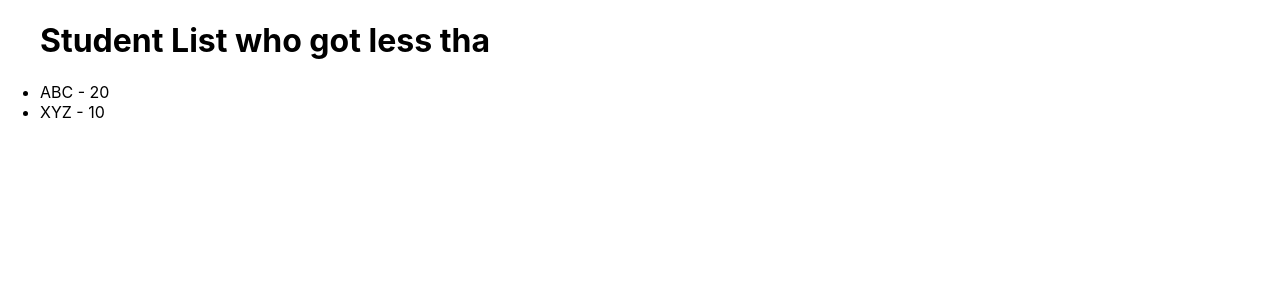
Repository: Jay1161/FSWD
Page: / (app in Week-7/task-1/task1/)
An editor plug-in stored every save of this project. The page is shown before and after a run of saves, followed by the edit.
The browser window is 1280 px wide. The pictures show the whole page.
The project was rebuilt for these pictures with package versions that can differ from the ones it lists, and the page was loaded fresh each time.

Above is the page before, as saved 2023-08-27 11:46:24.

### Week-7/task-1/task1/src/index.js
import React from 'react';
import ReactDOM from 'react-dom/client';
import './index.css';
//import App from './App';
import reportWebVitals from './reportWebVitals';
//import Test from './component'
// import ProductList from './Productlist';
// import Counter from './counter';
//import TaskList from './tasklist';
import StudentList from './studentlist';
//import Sap from './sap';


const root = ReactDOM.createRoot(document.getElementById('root'));
root.render(
  <React.StrictMode>

    <StudentList />

  </React.StrictMode>
);

// If you want to start measuring performance in your app, pass a function
// to log results (for example: reportWebVitals(console.log))
// or send to an analytics endpoint. Learn more: https://bit.ly/CRA-vitals
reportWebVitals();

### Week-7/task-1/task1/src/studentlist.jsx
import React, { useState, useEffect } from 'react';

const StudentsList = () => {
  const [students, setStudents] = useState([
    { name: 'Jay Vaja', marks: 90 },
    { name: 'ABC', marks: 20 },
    { name: 'XYZ', marks: 10 },
  ]);

  const filteredStudents = students.filter((student) => student.marks < 35);

  return (
    <ul>
        <h1>Student List who got less tha</h1>
      {filteredStudents.map((student) => (
        <li key={student.id}>
          {student.name} - {student.marks}
        </li>
      ))}
    </ul>
  );
};

export default StudentsList;

Loaded but not shown: Week-7/task-1/task1/public/index.html (common file); Week-7/task-1/task1/src/index.css (common file); Week-7/task-1/task1/src/reportWebVitals.js (common file)

After the next 6 saves:
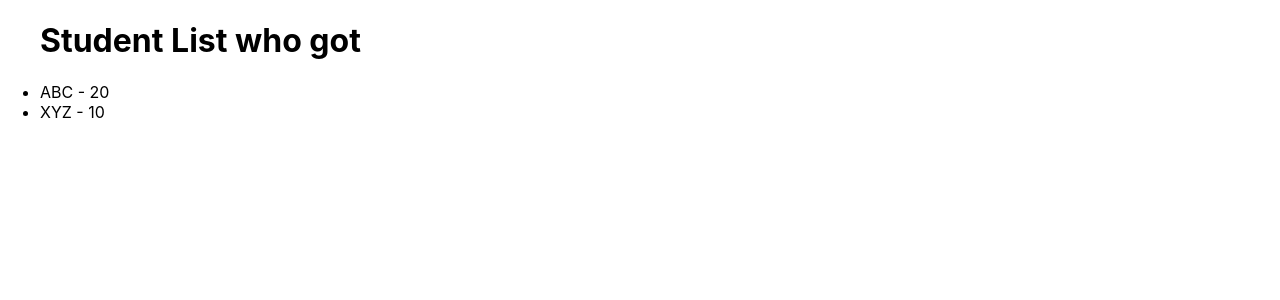
The 6 saves are shown as one change because they came seconds apart.
The last was saved 16 s later.
--- a/Week-7/task-1/task1/src/studentlist.jsx
+++ b/Week-7/task-1/task1/src/studentlist.jsx
@@ -11,7 +11,7 @@
 
   return (
     <ul>
-        <h1>Student List who got less tha</h1>
+        <h1>Student List who got </h1>
       {filteredStudents.map((student) => (
         <li key={student.id}>
           {student.name} - {student.marks}
